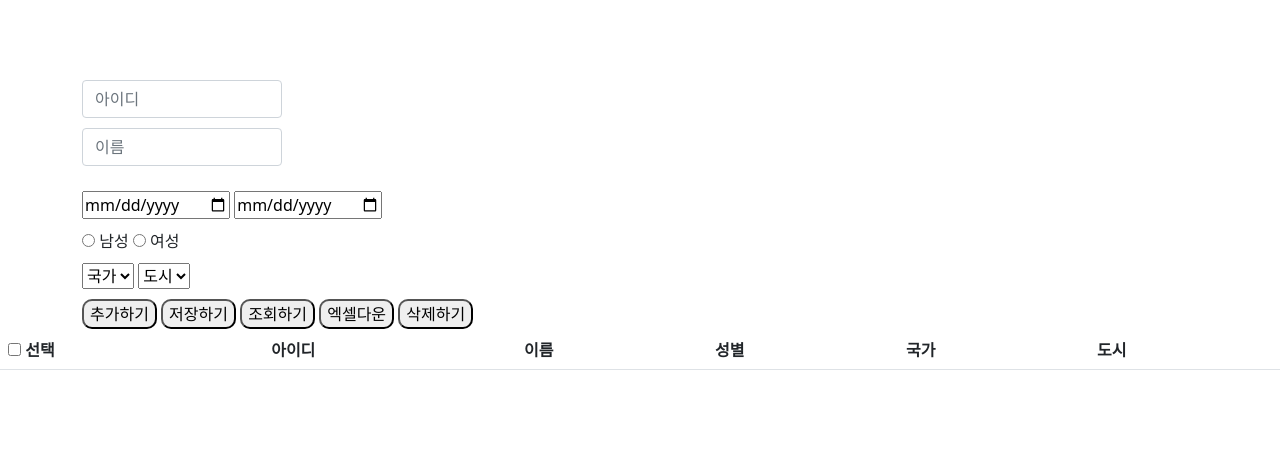
Repository: cactusvibeyjy/miniProject2
Page: http://localhost/test2/WEB-INF/views/home.jsp
An editor plug-in stored every save of this project. The page is shown before and after the next save, followed by the edit.
The browser window is 1280 px wide. The pictures show the whole page.
The page is served by Tomcat 9. Nobody is signed in. The template is opened directly, without the code that normally fills it, so the values that code supplies are empty.

Above is the page before, as saved 2023-02-17 05:27:34.

After the next save:
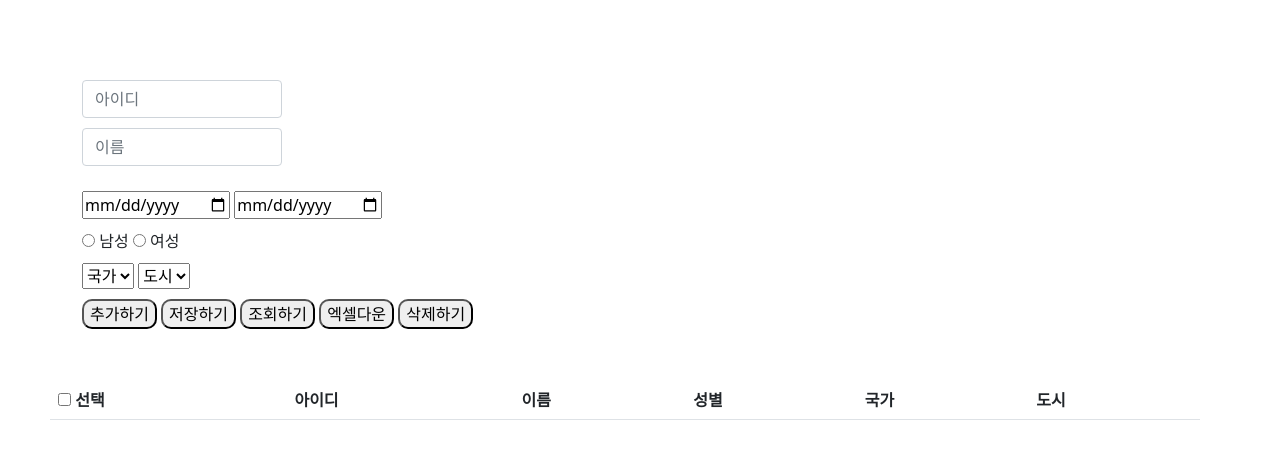
Saved 56 s later.
--- a/test2/src/main/webapp/WEB-INF/views/home.jsp
+++ b/test2/src/main/webapp/WEB-INF/views/home.jsp
@@ -137,6 +137,7 @@
 			</button>
 		</div>
 	</div>
+	<div class="list" style= "margin: 50px 80px 50px 50px;" >
 	<table class="table table-striped">
 		<thead>
 			<tr>
@@ -156,7 +157,7 @@
 		</tbody>
 	</table>
 <input type="hidden" id="modifyId" />
-
+</div>
 <div class="pop">
 	<div class="info">
 
